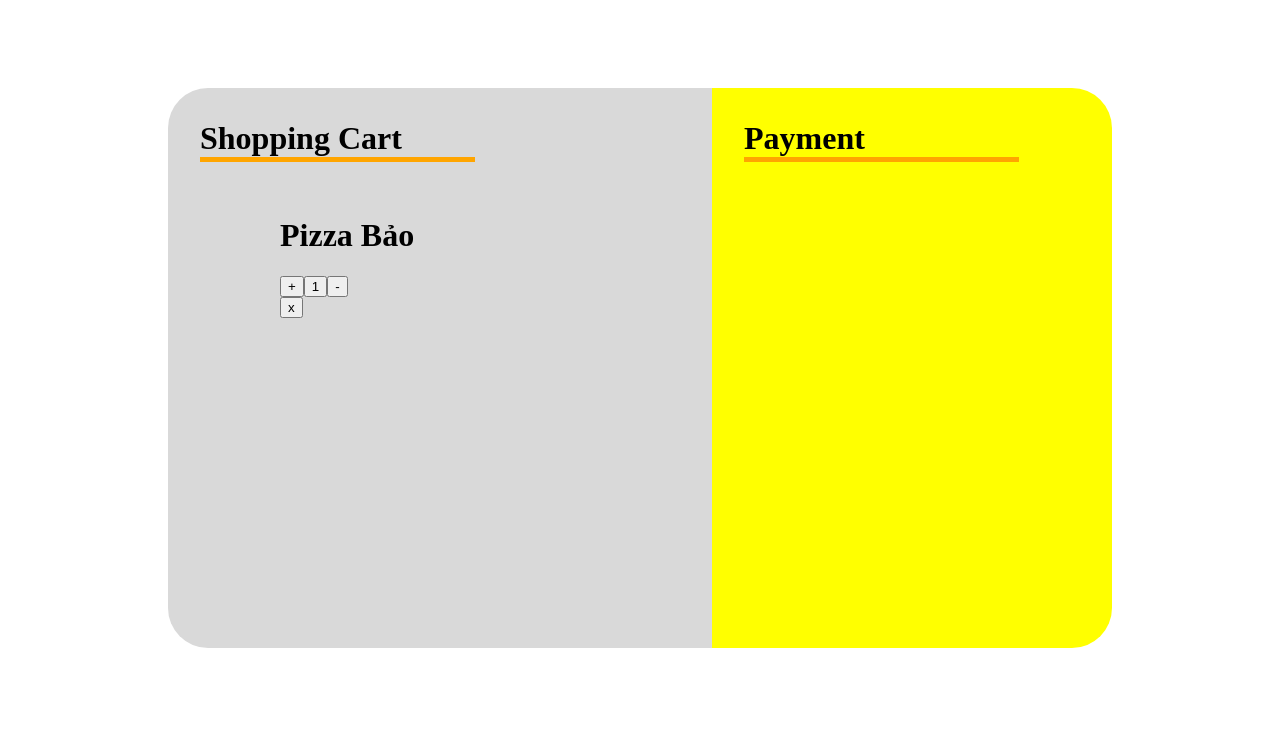
Repository: NDBaoFE/pizza-ordering-hiep
Page: /checkout
An editor plug-in stored every save of this project. The page is shown before and after the next save, followed by the edit.
The browser window is 1280 px wide. The pictures show the whole page.
The project was rebuilt for these pictures with package versions that can differ from the ones it lists, and the page was loaded fresh each time.

Above is the page before, as saved 2022-08-27 22:06:45.

After the next save:
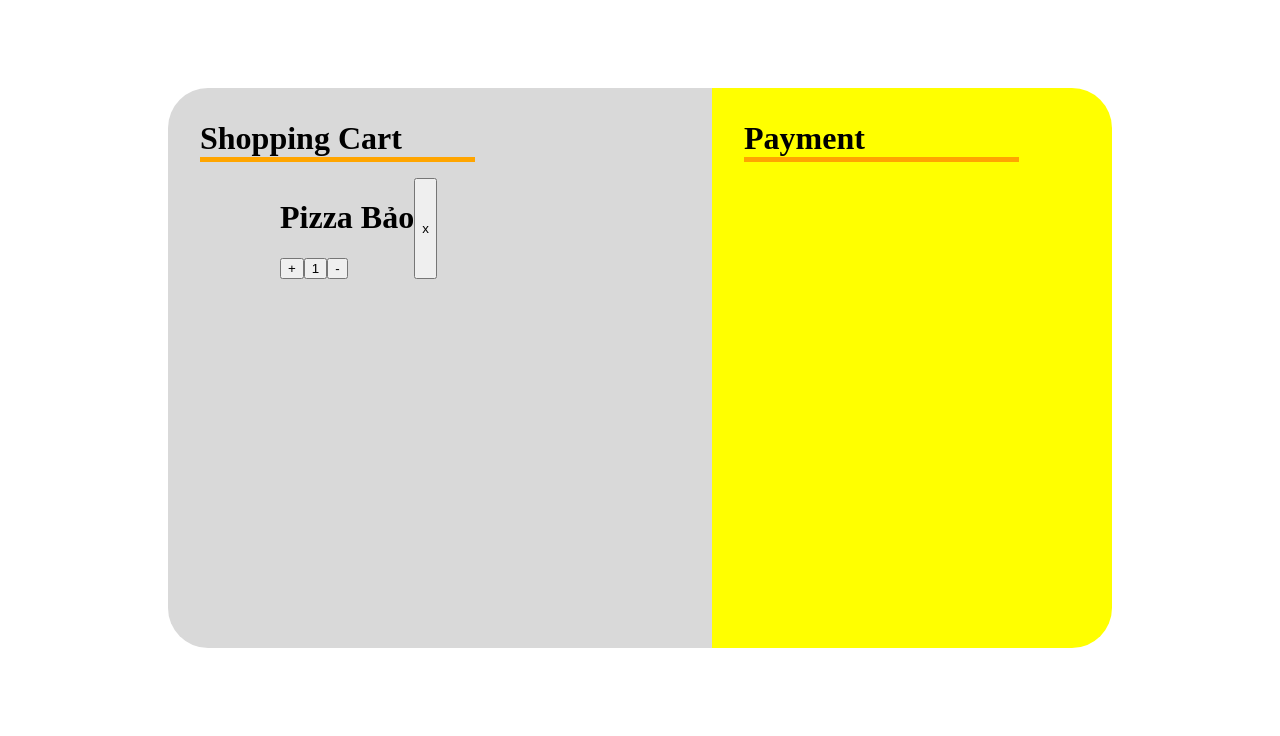
Saved 24 s later.
--- a/src/pages/Checkout/Checkout.styled.js
+++ b/src/pages/Checkout/Checkout.styled.js
@@ -42,7 +42,9 @@ export const List = styled.ul`
   list-style: none;
 `
 
-export const Item = styled.ul``
+export const Item = styled.ul`
+  display: flex;
+`
 
 export const Image = styled.img``
 export const Info = styled.div``
